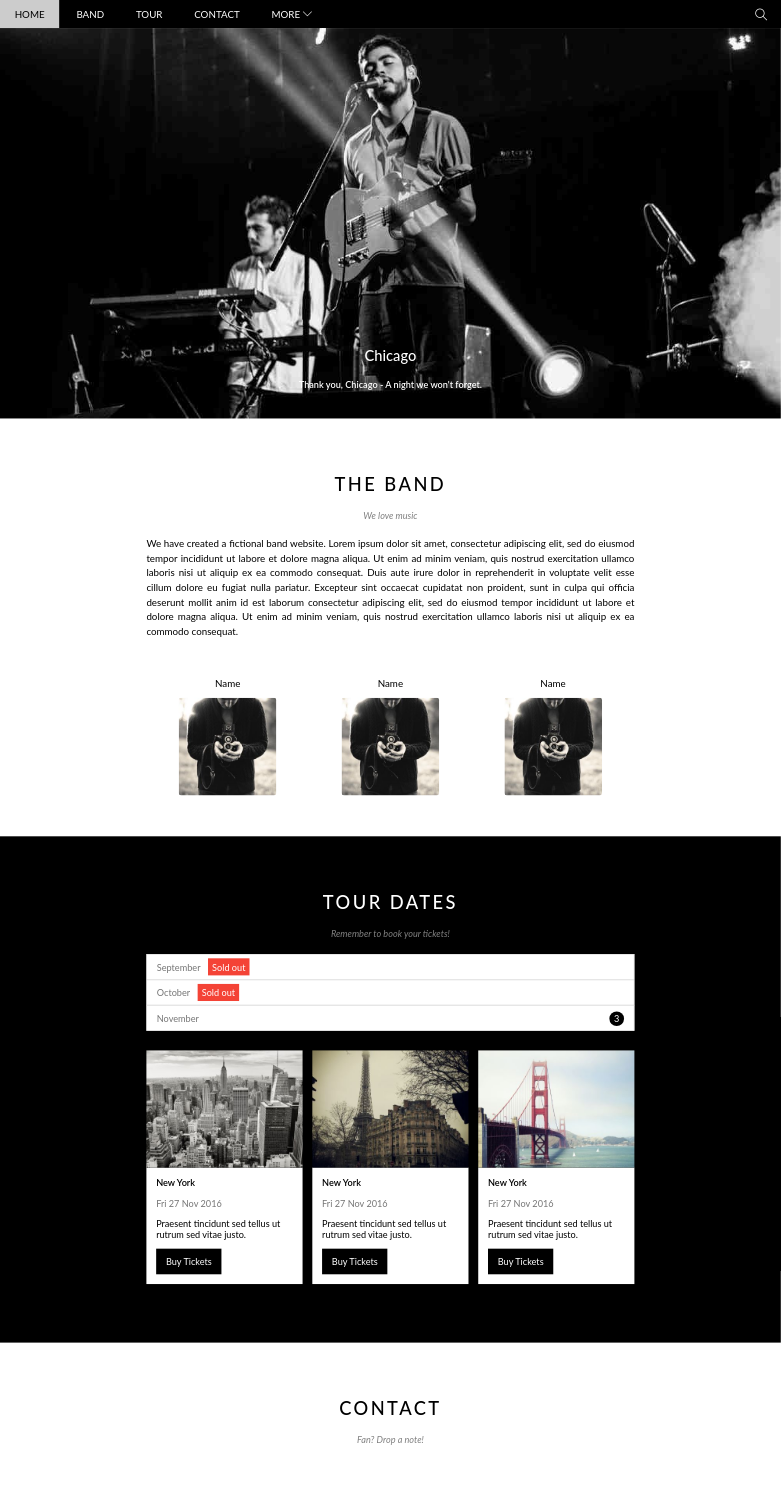
Repository: tatvanhco/web-dau-tay
Page: index.html
An editor plug-in stored every save of this project. The page is shown before and after the next save, followed by the edit.
The browser window is 1280 px wide. The pictures show the whole page, at 61% of full size.

Above is the page before, as saved 2022-01-23 20:35:47.

### index.html
<!DOCTYPE html>
<html lang="en">
<head>
    <meta charset="UTF-8">
    <!-- <meta http-equiv="X-UA-Compatible" content="IE=edge"> -->
    <meta name="viewport" content="width=device-width, initial-scale=1.0">
    <title>the band</title>
    <link rel="shortcut icon" href="./assets/img/band/logo.png" type="image/x-icon">
    <link rel="stylesheet" href="./assets/fronts/themify-icons/themify-icons.css">
    <link rel="stylesheet" href="./assets/css/style.css">
    <link rel="stylesheet" href="./assets/css/responsive.css">
</head>
<body>
    <div id="main">
        <div id="header">
            <ul id="nav">
                <li><a href="#">home</a></li>
                <li><a href="#">band</a></li>
                <li><a href="#">tour</a></li>
                <li><a href="#">contact</a></li>
                <li>
                    <a href="#">more
                        <i class="drop-down ti-angle-down"></i>
                    </a>
                    <div class="subnav">
                        <ul>
                            <li><a href="">Merchandise</a></li>
                            <li><a href="">Extras</a></li>
                            <li><a href="">Media</a></li>
                        </ul>
                    </div>
                </li>
            </ul>
            <div class="search-btn">
                <i class="search-icon ti-search"></i>
            </div>
        </div>
        <div id="slide">
            <div class="text-content">
                <h2 class="text-heading">Chicago</h2>
                <div class="text-desc">Thank you, Chicago - A night we won't forget.</div>
            </div>
        </div>
        <div id="content">
            <div class="content-section">
                <h2 class="section-heading">THE BAND</h2>
                <p class="section-sub-heading">We love music</p>
                <p class="about">
                    We have created a fictional band website. Lorem ipsum dolor sit amet, consectetur adipiscing elit, sed do eiusmod tempor incididunt ut labore et dolore magna aliqua. Ut enim ad minim veniam, quis nostrud exercitation ullamco laboris nisi ut aliquip ex ea commodo consequat. Duis aute irure dolor in reprehenderit in voluptate velit esse cillum dolore eu fugiat nulla pariatur. Excepteur sint occaecat cupidatat non proident, sunt in culpa qui officia deserunt mollit anim id est laborum consectetur adipiscing elit, sed do eiusmod tempor incididunt ut labore et dolore magna aliqua. Ut enim ad minim veniam, quis nostrud exercitation ullamco laboris nisi ut aliquip ex ea commodo consequat.
                </p>
                <div class="team">
                    <div class="team-list">
                        <p class="team-name">Name</p>
                        <img src="./assets/img/band/member.jpg" >
                    </div>

                    <div class="team-list">
                        <p class="team-name">Name</p>
                        <img src="./assets/img/band/member.jpg" >
                    </div>

                    <div class="team-list">
                        <p class="team-name">Name</p>
                        <img src="./assets/img/band/member.jpg" >
                    </div>
                </div>
                <div class="clear"></div>
            </div>

            <div class="tour-section">
                <div class="content-section">
                    <h2 class="text-white section-heading">TOUR DATES</h2>
                    <p class="text-white section-sub-heading">Remember to book your tickets!</p>
                    <ul class="ticket-list">
                        <li>September<span class="soldout">Sold out</span></li>
                        <li>October<span class="soldout">Sold out</span></li>
                        <li>November<span class="quatity">3</span></li>
                    </ul>
                    <div class="place-list">
                        <div class="place-item">
                            <img src="./assets/img/places/place1.jpg">
                            <div class="place-body">
                                <h3 class="place-heading">New York</h3>
                                <p class="place-time">Fri 27 Nov 2016</p>
                                <p class="place-desc">Praesent tincidunt sed tellus ut rutrum sed vitae justo.</p>
                                <a href="#" class="place-buy-btn">Buy Tickets</a>
                            </div>
                        </div>
                        <div class="place-item">
                            <img src="./assets/img/places/place2.jpg">
                            <div class="place-body">
                                <h3 class="place-heading">New York</h3>
                                <p class="place-time">Fri 27 Nov 2016</p>
                                <p class="place-desc">Praesent tincidunt sed tellus ut rutrum sed vitae justo.</p>
                                <a href="#" class="place-buy-btn">Buy Tickets</a>
                            </div>
                        </div>
                        <div class="place-item">
                            <img src="./assets/img/places/place3.jpg">
                            <div class="place-body">
                                <h3 class="place-heading">New York</h3>
                                <p class="place-time">Fri 27 Nov 2016</p>
                                <p class="place-desc">Praesent tincidunt sed tellus ut rutrum sed vitae justo.</p>
                                <a href="#" class="place-buy-btn">Buy Tickets</a>
                            </div>
                        </div>
                        <div class="clear"></div>
                    </div>
                </div>
            </div>

            <div class="content-section">
                <h2 class="section-heading">CONTACT</h2>
                <p class="section-sub-heading">Fan? Drop a note!</p>
            </div>

        </div>

        <div id="footer">

        </div>
    </div>
</body>
</html>

### assets/css/style.css
* {
    margin: 0;
    padding: 0;
    box-sizing: border-box;
}

body {
    font-family: "Lato", sans-serif;
}

.clear {
    clear: both;
}

.text-white {
    color: #fff !important;
}

#header {
    width: 100%;
    height: 46px;
    background-color: #000;
    position: fixed;
    top: 0;
    left: 0;
    right: 0;
    z-index: 1;
}
#nav {
    display: inline-block;
}

#nav > li {
    display: inline-block;
}

#nav li {
    position: relative;
    list-style-type: none;
}

#nav > li > a {
    color: #fff;
    text-transform: uppercase;
}

#nav li a {
    text-decoration: none;
    padding: 0 24px;
    line-height: 46px;
    display: block;

}

#nav li:hover .subnav {
    display: block;
}

#nav .subnav li:hover a,
#nav > li:hover > a {
    background-color: #ccc;
    color: #000;
}

#nav .subnav {
    display: none;
    min-width: 160px;
    position: absolute;
    top: 100%;
    left: 0;
    background-color: #fff;
    box-shadow: 0 0 10px rgba(0, 0, 0, 0.3);
}

#nav .subnav a {
    color: #000;
    padding: 0px 24px;
    line-height: 38px;
}

#header .search-btn {
    float: right;
    padding: 0 22px;
    cursor: pointer;
}

#header .search-btn:hover {
    background-color: #f44336;
}

#header .search-icon {
    color: #fff;
    font-size: 20px;
    line-height: 46px;
}

#slide {
    position: relative;
    margin-top: 46px;
    padding-top: 50%;
    background: url(/assets/img/slider/chicago.jpg) top center / cover no-repeat;
}

#slide .text-content {
    color: #fff;
    position: absolute;
    bottom: 47px;
    /* cách canh giữa
    left: 50%;
    transform: translateX(-50%); */
    width: 100%;
    text-align: center;
}

#slide .text-heading {
    font-weight: 500;
    font-size: 24px;
}

#slide .text-desc {
    font-weight: 600;
    margin-top: 25px;
    font-size: 15px;
}

#content {

}

#content .content-section {
    max-width: 800px;
    margin-left: auto;
    margin-right: auto;
    padding: 64px 0;
}

#content .section-heading,
#content .section-sub-heading {
    text-align: center;
    margin: 25px 0;
}

#content .section-heading {
    font-size: 30px;
    font-weight: 500;
    letter-spacing: 4px;
}

#content .section-sub-heading {
    font-size: 15px;
    opacity: 0.5;
    font-style: italic;
}

#content .about {
    text-align: justify;
    line-height: 1.5;
}

#content .team {
    margin-top: 48px;
}

#content .team-name {
    margin: 15px 0;
}

#content .team-list {
    float: left;
    width: 33.33333%;
    text-align: center;
}

#content .team-list img {
    width: 60%;
    border-radius: 4px;
    text-align: center;
}

.tour-section {
    background-color: #000;
}

.ticket-list {
    background-color: #fff;
}

.ticket-list li {
    color: #757575;
    list-style-type: none;
    font-size: 15px;
    border: 1px solid #ddd;
    padding: 11px 16px;
}

.ticket-list .soldout {
    color: #fff;
    margin-left: 12px;
    padding: 5px 7px;
    background-color: #f44336;
}

.ticket-list .quatity {
    float: right;
    width: 24px;
    height: 24px;
    border-radius: 50%;
    background-color: #000;
    color: #fff;
    text-align: center;
    line-height: 24px;
    margin-top: -2px;
}

.place-list {
    margin: 32px -8px 0;
    padding-bottom: 32px;
}

.place-item {
    float: left;
    width: 33.33333%;
    padding: 0 8px;
}

.place-item img {
    width: 100%;
    display: block;
}

.place-item img:hover {
    opacity: 0.6;
}

.place-body {
    background-color: #fff;
    padding: 16px;
    font-size: 15px;
}

.place-heading {
    font-size: 15px;
    font-weight: 600;
}

.place-time {
    color: #757575;
    margin-top: 15px;
}

.place-desc {
    margin-top: 15px;
}

.place-buy-btn {
    color: #fff;
    background-color: #000;
    text-decoration: none;
    padding: 12px 16px;
    margin-top: 15px;
    display: inline-block;
}

.place-buy-btn:hover {
    color: #000;
    background-color: #ccc;
}

Loaded but not shown: assets/fronts/themify-icons/themify-icons.css (common file); assets/css/responsive.css (no copy from this time; the picture is the same without it)

After the next save:
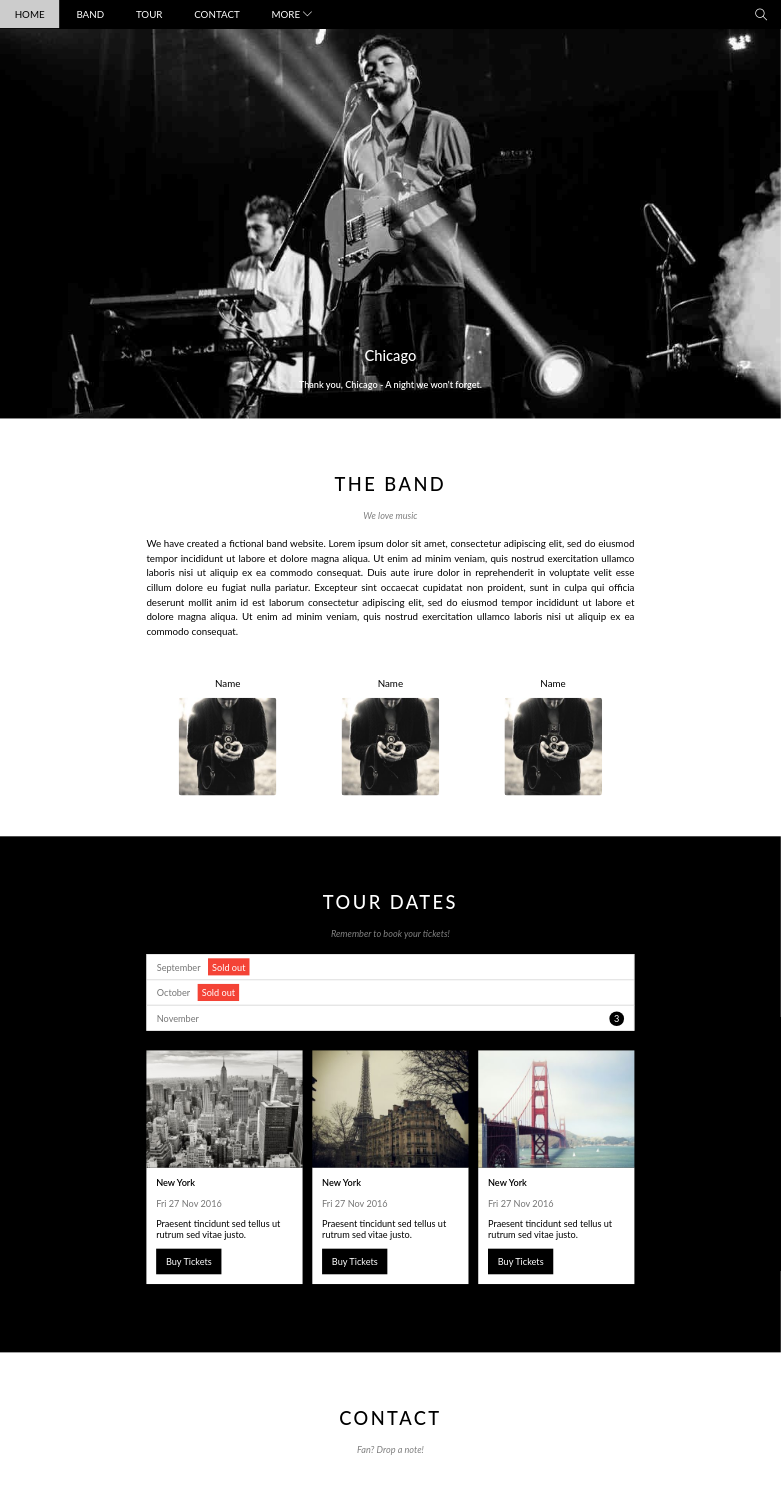
Saved 34 s later.
--- a/assets/css/style.css
+++ b/assets/css/style.css
@@ -214,7 +214,7 @@ body {
 
 .place-list {
     margin: 32px -8px 0;
-    padding-bottom: 32px;
+    padding-bottom: 48px;
 }
 
 .place-item {
